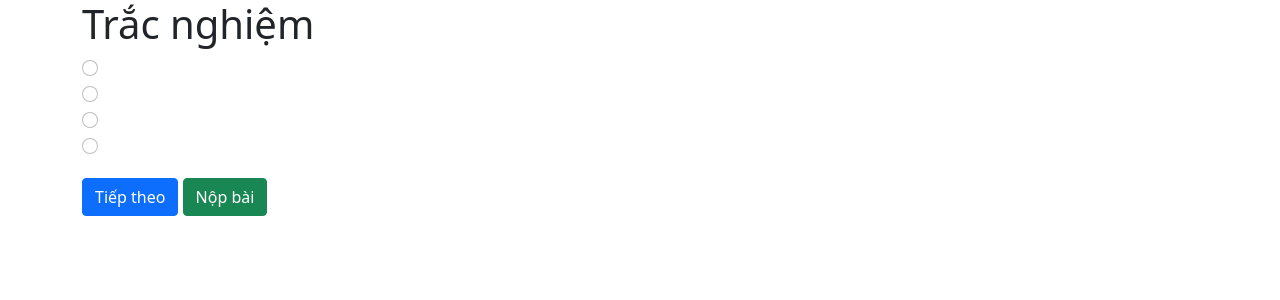
Repository: tran-thien-nhan/quiz_tlln
Page: index.html
These files come from the project's save history. The page is drawn as it stood at one moment and after the next save; the edit follows.
The browser window is 1280 px wide. The pictures show the whole page.

Above is the page before, as saved 2023-06-25 10:32:52.

### index.html
<!DOCTYPE html>
<html lang="en">

<head>
  <meta charset="UTF-8">
  <meta name="viewport" content="width=device-width, initial-scale=1.0">
  <title>Trắc nghiệm</title>
  <link rel="stylesheet" href="https://cdnjs.cloudflare.com/ajax/libs/bootstrap/5.0.2/css/bootstrap.min.css">
  <style>
    .question {
      margin-bottom: 20px;
    }
  </style>
</head>

<body>
  <div class="container">
    <h1>Trắc nghiệm</h1>

    <div class="question" id="questionContainer">
      <h3 id="question"></h3>
      <div class="form-check">
        <input class="form-check-input" type="radio" name="answer" id="answer1">
        <label class="form-check-label" for="answer1" id="answerText1"></label>
      </div>
      <div class="form-check">
        <input class="form-check-input" type="radio" name="answer" id="answer2">
        <label class="form-check-label" for="answer2" id="answerText2"></label>
      </div>
      <div class="form-check">
        <input class="form-check-input" type="radio" name="answer" id="answer3">
        <label class="form-check-label" for="answer3" id="answerText3"></label>
      </div>
      <div class="form-check">
        <input class="form-check-input" type="radio" name="answer" id="answer4">
        <label class="form-check-label" for="answer4" id="answerText4"></label>
      </div>
      <span id="result"></span>
    </div>

    <button class="btn btn-primary" id="nextButton">Tiếp theo</button>
    <button class="btn btn-success" id="submitButton">Nộp bài</button>
    <span id="score"></span>
  </div>

  <script src="https://cdnjs.cloudflare.com/ajax/libs/bootstrap/5.0.2/js/bootstrap.bundle.min.js"></script>
  <script>
    // Đọc câu hỏi từ tệp JSON
    fetch("quest_lib.json")
      .then(response => response.json())
      .then(data => {
        const questions = data.questions;

        let currentQuestionIndex = 0;
        let score = 0;

        const questionContainer = document.getElementById("questionContainer");
        const questionElement = document.getElementById("question");
        const answerTextElements = [
          document.getElementById("answerText1"),
          document.getElementById("answerText2"),
          document.getElementById("answerText3"),
          document.getElementById("answerText4")
        ];
        const resultElement = document.getElementById("result");
        const nextButton = document.getElementById("nextButton");
        const submitButton = document.getElementById("submitButton");
        const scoreElement = document.getElementById("score");

        // Xáo trộn câu trả lời
        function shuffleAnswers(answers) {
          for (let i = answers.length - 1; i > 0; i--) {
            const j = Math.floor(Math.random() * (i + 1));
            [answers[i], answers[j]] = [answers[j], answers[i]];
          }
          return answers;
        }

        // Cập nhật câu hỏi và câu trả lời
        function updateQuestion() {
          const question = questions[currentQuestionIndex];
          const shuffledAnswers = shuffleAnswers(question.answers);

          questionElement.textContent = question.question;
          resultElement.textContent = "";

          for (let i = 0; i < answerTextElements.length; i++) {
            answerTextElements[i].textContent = shuffledAnswers[i];
          }
        }

        // Kiểm tra câu trả lời
        function checkAnswer() {
          const question = questions[currentQuestionIndex];
          const selectedAnswer = document.querySelector('input[name="answer"]:checked');

          if (selectedAnswer) {
            const selectedAnswerText = selectedAnswer.nextElementSibling.textContent;

            if (selectedAnswerText === question.correctAnswer) {
              score++;
              resultElement.textContent = "Correct";
              resultElement.style.color = "green";
            } else {
              resultElement.textContent = "Incorrect";
              resultElement.style.color = "red";
            }

            nextButton.disabled = false;
            submitButton.disabled = true;
          }
        }

        // Xử lý sự kiện khi nhấn nút "Tiếp theo"
        nextButton.addEventListener("click", () => {
          currentQuestionIndex++;

          if (currentQuestionIndex < questions.length) {
            updateQuestion();
            nextButton.disabled = true;
            submitButton.disabled = false;
          } else {
            questionContainer.style.display = "none";
            scoreElement.textContent = `Tổng điểm: ${score}`;
            scoreElement.style.display = "block";
            nextButton.disabled = true;
            submitButton.disabled = true;
          }
        });

        // Xử lý sự kiện khi nhấn nút "Nộp bài"
        submitButton.addEventListener("click", () => {
          checkAnswer();
        });

        // Bắt đầu trắc nghiệm
        updateQuestion();
        submitButton.disabled = true;
      })
      .catch(error => {
        console.error("Error:", error);
      });
  </script>
</body>

</html>

### quest_lib.json
{
    "questions": [
      {
        "question": "Hòn Ngọc Viễn Đông là tên gọi khác của đảo nào?",
        "choices": [
          "Côn Đảo",
          "Phú Quốc",
          "Nam Du",
          "Cát Bà"
        ],
        "correctAnswer": "Phú Quốc"
      },
      {
        "question": "Ai là vị vua cuối cùng của triều đại Lý?",
        "choices": [
          "Lý Thánh Tông",
          "Lý Cao Tông",
          "Lý Huệ Tông",
          "Lý Nhân Tông"
        ],
        "correctAnswer": "Lý Nhân Tông"
      },
      {
        "question": "Thành phố Hội An thuộc tỉnh nào của Việt Nam?",
        "choices": [
          "Quảng Ninh",
          "Quảng Bình",
          "Quảng Trị",
          "Quảng Nam"
        ],
        "correctAnswer": "Quảng Nam"
      },
      {
        "question": "Ngọn núi nào là đỉnh cao nhất Việt Nam?",
        "choices": [
          "Phan Xi Păng",
          "Fansipan",
          "Bạch Mã",
          "Bidoup Núi Bà"
        ],
        "correctAnswer": "Fansipan"
      },
      {
        "question": "Vua Hùng đầu tiên của Việt Nam là ai?",
        "choices": [
          "Hùng Vương I",
          "Hùng Vương II",
          "Hùng Vương III",
          "Hùng Vương IV"
        ],
        "correctAnswer": "Hùng Vương I"
      },
      {
        "question": "Di tích cố đô Huế nằm ở tỉnh nào của Việt Nam?",
        "choices": [
          "Thừa Thiên Huế",
          "Quảng Trị",
          "Đà Nẵng",
          "Quảng Bình"
        ],
        "correctAnswer": "Thừa Thiên Huế"
      },
      {
        "question": "Vịnh Hạ Long thuộc tỉnh nào của Việt Nam?",
        "choices": [
          "Quảng Ninh",
          "Thái Bình",
          "Nam Định",
          "Hải Phòng"
        ],
        "correctAnswer": "Quảng Ninh"
      },
      {
        "question": "Ai là người thành lập nên Vương quốc Chăm Pa?",
        "choices": [
          "Vijaya",
          "Indravarman I",
          "Bhadravarman I",
          "Satyavarman"
        ],
        "correctAnswer": "Vijaya"
      },
      {
        "question": "Vịnh Xuân Đài là vịnh nằm ở tỉnh nào của Việt Nam?",
        "choices": [
          "Quảng Ninh",
          "Hải Phòng",
          "Nam Định",
          "Thái Bình"
        ],
        "correctAnswer": "Nam Định"
      },
      {
        "question": "Bảo tàng Lịch sử Quốc gia Việt Nam được đặt ở thành phố nào?",
        "choices": [
          "Hà Nội",
          "Hải Phòng",
          "Huế",
          "Hồ Chí Minh"
        ],
        "correctAnswer": "Hà Nội"
      }
    ]
  }

After the next save:
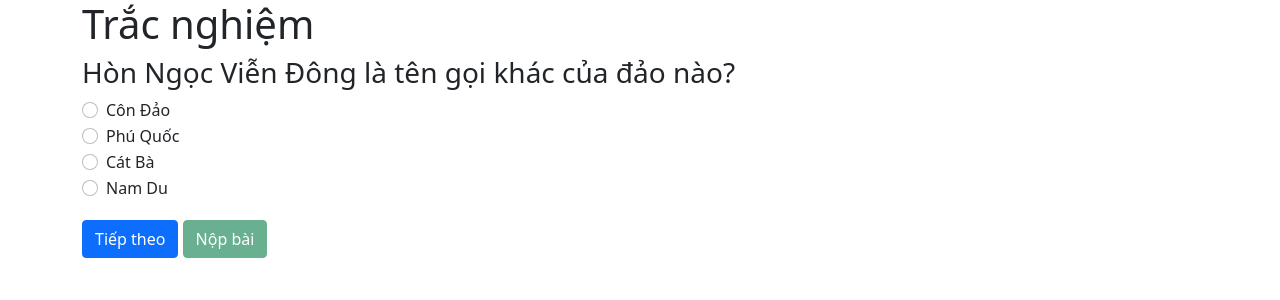
Saved 115 s later.
--- a/index.html
+++ b/index.html
@@ -79,7 +79,7 @@
         // Cập nhật câu hỏi và câu trả lời
         function updateQuestion() {
           const question = questions[currentQuestionIndex];
-          const shuffledAnswers = shuffleAnswers(question.answers);
+          const shuffledAnswers = shuffleAnswers(question.choices);
 
           questionElement.textContent = question.question;
           resultElement.textContent = "";
